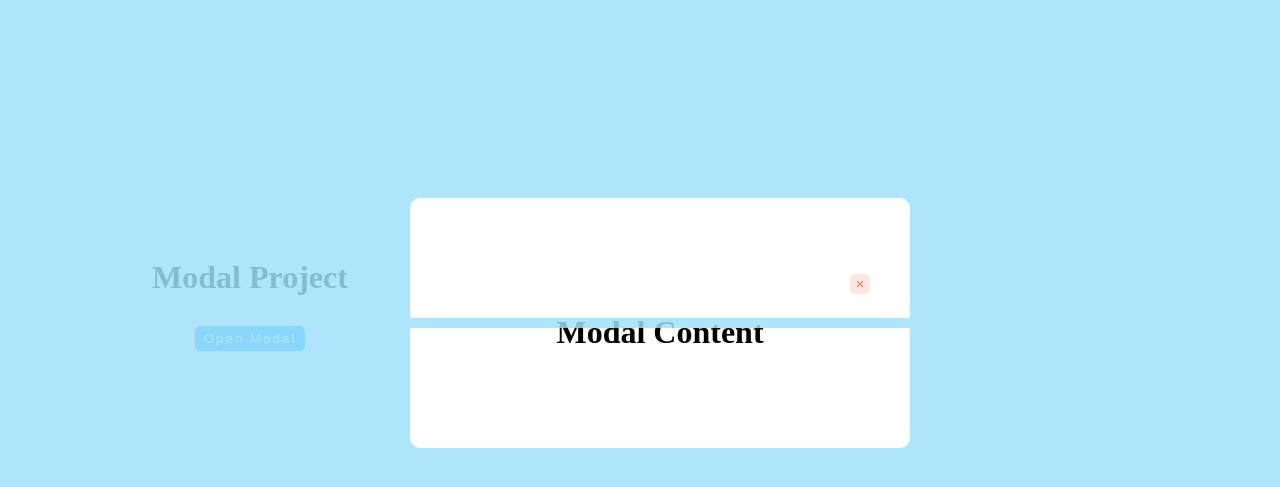
Repository: Trapti10/20-js-practice-projects-in-7-days-challenge
Page: Project_4_Modal_Project/index.html
These files come from the project's save history. The page is drawn as it stood at one moment and after a run of saves; the edit follows.
The browser window is 1280 px wide. The pictures show the whole page.

Above is the page before, as saved 2025-11-24 14:01:06.

### Project_4_Modal_Project/index.html
<!DOCTYPE html>
<html lang="en">
<head>
    <meta charset="UTF-8">
    <meta name="viewport" content="width=device-width, initial-scale=1.0">
    <title>Modal Project</title>
    <link rel="stylesheet" href="style.css">
</head>
<body>
    <div class="hero">
     <div class="bg-img"  background-img>

    </div>
    <div class="card">
        <h1>Modal Project</h1>

        <button class="Open">
            Open Modal
        </button>
       </div>
       </div>
       <div class="modal-overlay">
        <div class="madal-container">
            <header></header>
            <img src="assests/close.png" alt="">
            <div class="modalContent">
                <h1>Modal Content</h1>
            </div>
            <footer></footer>
        </div>
       </div>
    <script src="script.js"></script>
</body>
</html>

### Project_4_Modal_Project/style.css
*{
    margin: 0;
    padding: 0;
}
.hero{
    place-items: center;
}
.bg-img{
    height: 100vh;
    background-position: center center;
    background-repeat: no-repeat;
    position: relative;
    background-size: max(2200px, 100vw);
    background-image: url("https://png.pngtree.com/thumb_back/fh260/background/20230714/pngtree-simplicity-in-blue-a-living-room-interior-design-with-decor-and-image_3888158.jpg");
    background-repeat: no-repeat;
    align-items: center;
    margin-top: 0;
    align-items: center;

}

.card{
    position: absolute;
    top: 25%;
    background: white;
    min-height: 250px;
    min-width: 500px;
    display: flex;
    justify-content: center;
    align-items:center ;
    flex-direction: column;
    border: none;
    border-radius: 10px;
    gap: 30px;
}

button{
    height: 25px;
    width: 110px;
    color: white;
    background: rgb(29, 166, 246);
    border: none;
    letter-spacing: 2px;
    border-radius: 5px;
    padding: 0 4px;
}

button:hover{
    background: transparent;
    color: black;
    border: 2px solid rgb(29, 166, 246);
}

.modal-overlay{
    background: rgba(159, 225, 252, 0.84);
    position: fixed;
    top: 0;
    left: 0;
    width: 100%;
    height: 100%;
    place-items:center;
    display: grid;
    transition: 400ms ease;
    padding: 35px 20px;
    /* visibility: visible; */
    /* z-index: -10; */
}

.madal-container{
    position: absolute;
    top: 25%;
    background: white;
    min-height: 250px;
    min-width: 500px;
    /* position: fixed; */
    display: flex;
    justify-content: center;
    align-items:center ;
    flex-direction: column;
    border: none;
    border-radius: 10px;
    gap: 20px;
}

.madal-container img{
    height: 20px;
    right: 0;
    margin-left: 400px ;
    margin-top: 0px;
}

header{
    position: absolute;
    top: 10;
    height: 10px;
    width: 100%;
    background: rgba(159, 225, 252, 0.84);
}

Loaded but not shown: Project_4_Modal_Project/script.js (no stored copy; drawn as an empty file)

After the next 5 saves:
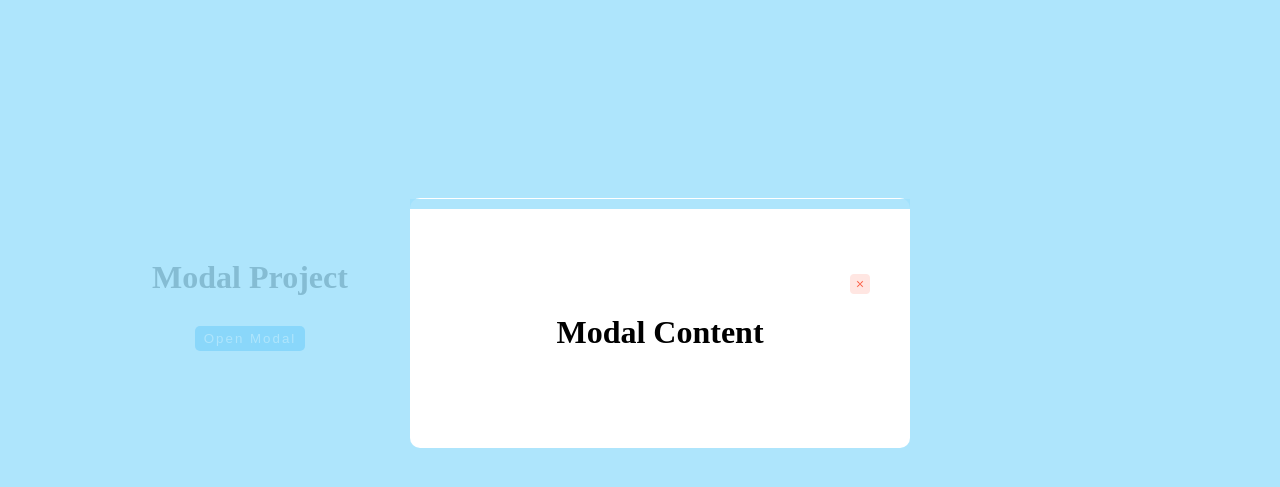
The 5 saves are shown as one change because they came seconds apart.
The last was saved 14 s later.
--- a/Project_4_Modal_Project/style.css
+++ b/Project_4_Modal_Project/style.css
@@ -91,7 +91,7 @@ button:hover{
 
 header{
     position: absolute;
-    top: 10;
+    top: 1px;
     height: 10px;
     width: 100%;
     background: rgba(159, 225, 252, 0.84);
